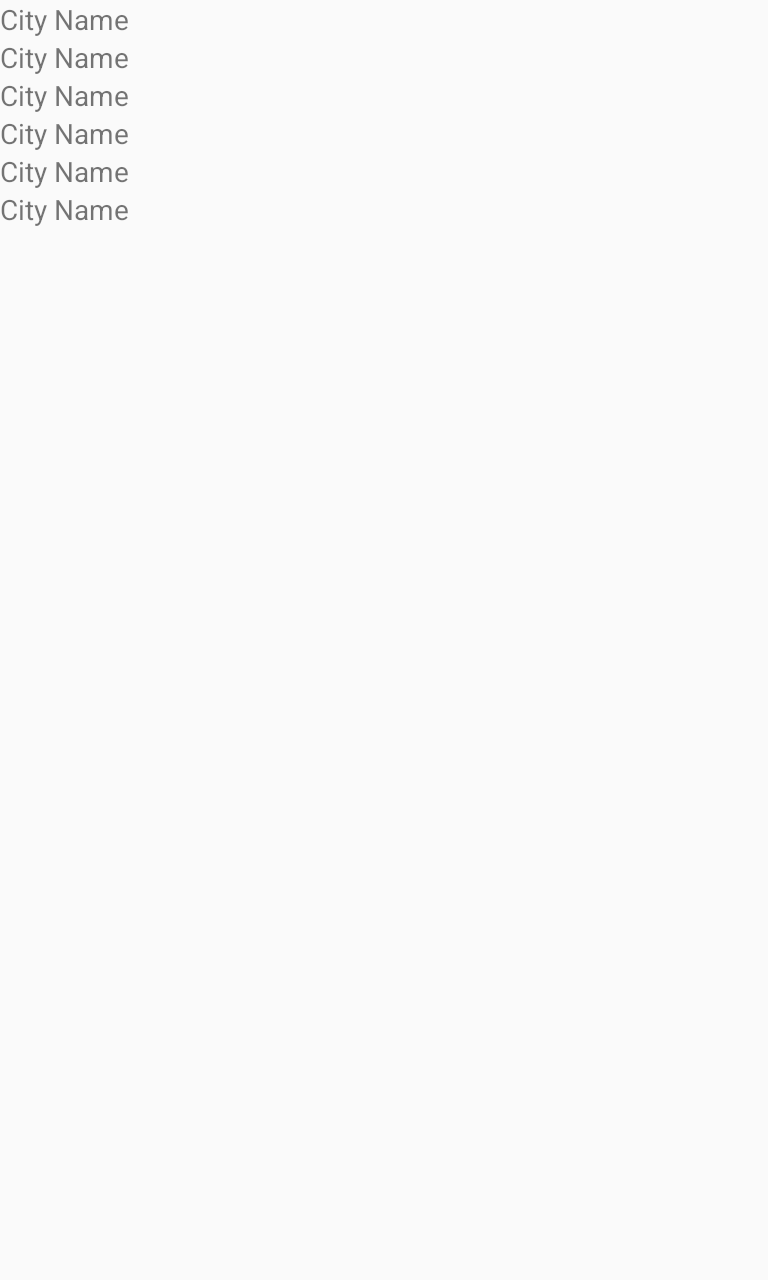
Repository: bhameamit/LeftShiftTask
Layout: LeftShiftTask/LeftShiftTak/res/layout/activity_list_cities.xml
The author's editor kept a copy of each file at every save. The layout is drawn from the files as they stood at one save, then again after the next save.
It is drawn on a 768 x 1280 px phone screen (xhdpi) without system bars, with theme AppTheme; the app's code is not run.

Above is the layout before, as saved 2015-02-22 08:14:02.

After the next save:
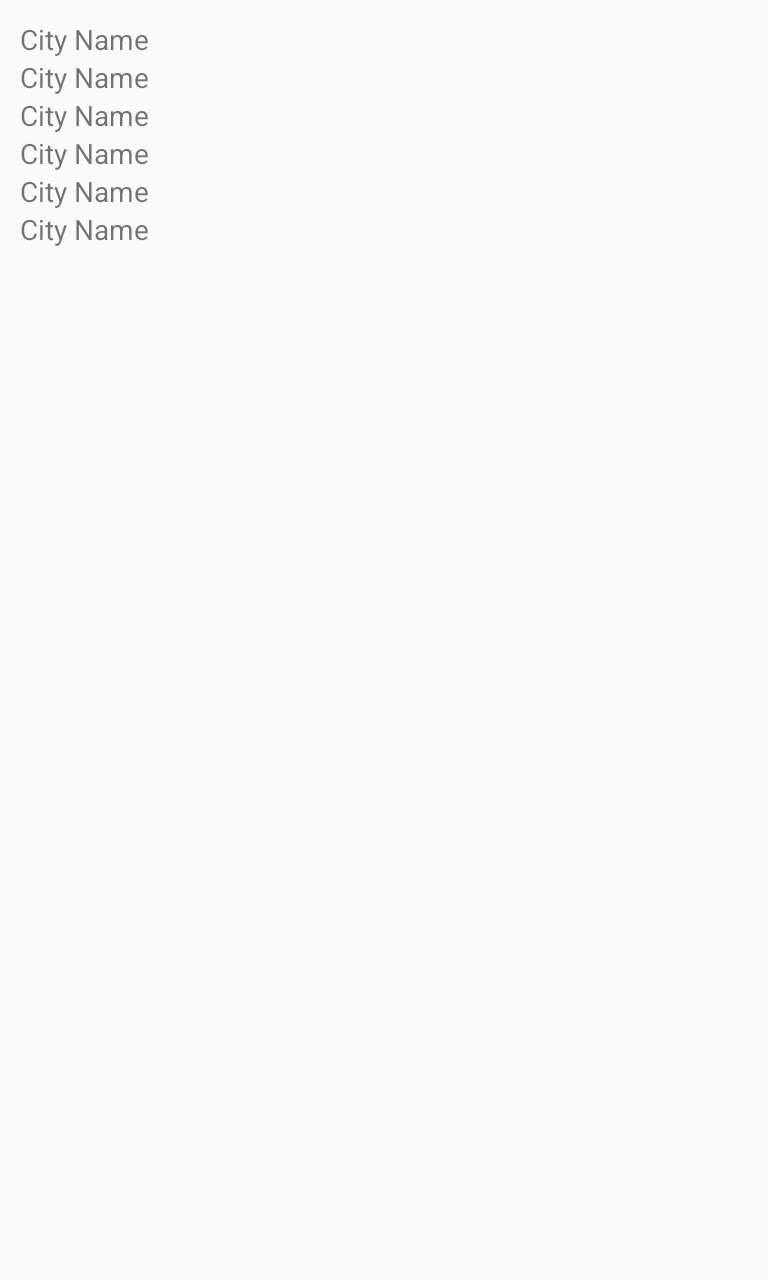
Saved 22 s later.
--- a/LeftShiftTask/LeftShiftTak/res/layout/activity_list_cities.xml
+++ b/LeftShiftTask/LeftShiftTak/res/layout/activity_list_cities.xml
@@ -3,7 +3,8 @@
     android:layout_width="match_parent"
     android:layout_height="match_parent"
     android:orientation="vertical"
-    tools:context="com.example.leftshifttak.ListCitiesActivity" >
+    tools:context="com.example.leftshifttak.ListCitiesActivity"
+    android:padding="10dp">
 
     <ScrollView
         android:layout_width="match_parent"
